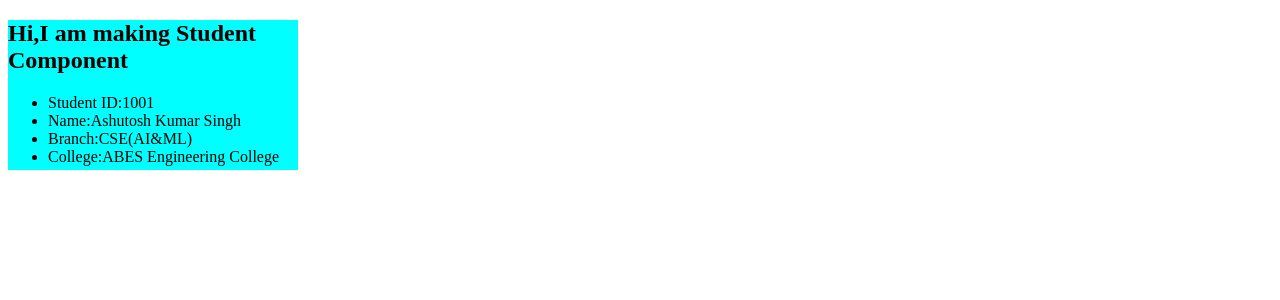
Repository: ashurauza/FSD_Sem5
Page: / (app in FSD_Sem5/CSS/ReactRevisionDOM/)
An editor plug-in stored every save of this project. The page is shown before and after the next save, followed by the edit.
The browser window is 1280 px wide. The pictures show the whole page.
The project was rebuilt for these pictures with package versions that can differ from the ones it lists, and the page was loaded fresh each time.

Above is the page before, as saved 2025-10-27 09:31:38.

### FSD_Sem5/CSS/ReactRevisionDOM/index.html
<!DOCTYPE html>
<html lang="en">
<head>
    <meta charset="UTF-8">
    <meta name="viewport" content="width=device-width, initial-scale=1.0">
    <title>RevisionDOM</title>
</head>
<body>
    <div id="parent"></div>
    <script src="https://unpkg.com/react@18/umd/react.development.js" crossorigin></script>
    <script src="https://unpkg.com/react-dom@18/umd/react-dom.development.js" crossorigin></script>
    <script src="student.jsx" type="module"></script>

</body>
</html>

### FSD_Sem5/CSS/ReactRevisionDOM/student.jsx



const parent = document.getElementById("parent");
const root = ReactDOM.createRoot(parent);


const h21=<h2>
    Hi,I am making Student Component
</h2>
const li11=<li>Student ID:1001</li>
const li22=<li>Name:Ashutosh Kumar Singh</li>
const li33=<li>Branch:CSE(AI&ML)</li>
const li44=<li>College:ABES Engineering College</li>
const ul1=<ul>{[li11,li22,li33,li44]}</ul>
const wrapper1=(
    <>
    {h21}
    {ul1}
    </>
)

const wrapper = React.createElement("div", {style: {height:150,width:290,backgroundColor: 'cyan'}}, [h21, ul1]);

root.render(wrapper);

After the next save:
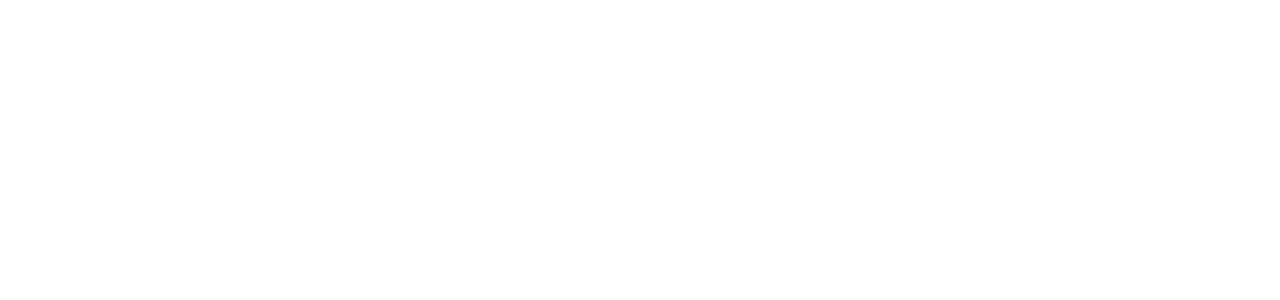
Console error: ReferenceError: borde is not defined
Saved 16 s later.
--- a/FSD_Sem5/CSS/ReactRevisionDOM/student.jsx
+++ b/FSD_Sem5/CSS/ReactRevisionDOM/student.jsx
@@ -20,6 +20,6 @@
     </>
 )
 
-const wrapper = React.createElement("div", {style: {height:150,width:290,backgroundColor: 'cyan'}}, [h21, ul1]);
+const wrapper = React.createElement("div", {style: {height:150,width:290,backgroundColor: 'cyan',borde}}, [h21, ul1]);
 
 root.render(wrapper);

After the 6 saves that followed:
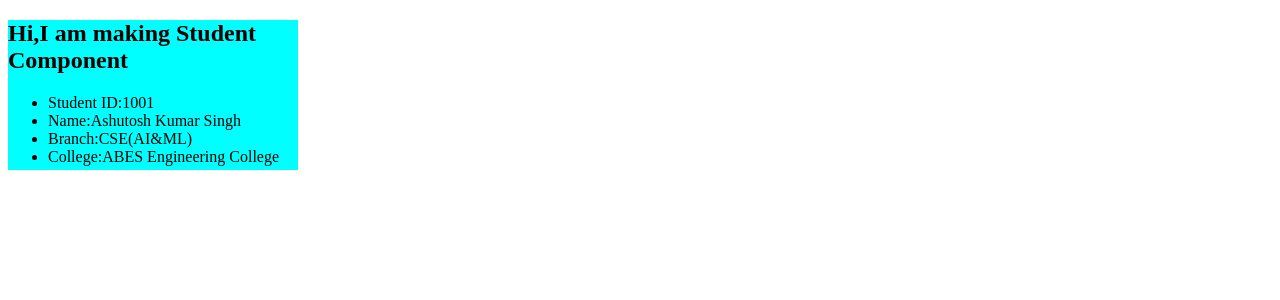
The error is gone.
The 6 saves are shown as one change because 1 did not build or start and some came seconds apart.
The last was saved 21 s later.
--- a/FSD_Sem5/CSS/ReactRevisionDOM/student.jsx
+++ b/FSD_Sem5/CSS/ReactRevisionDOM/student.jsx
@@ -20,6 +20,6 @@
     </>
 )
 
-const wrapper = React.createElement("div", {style: {height:150,width:290,backgroundColor: 'cyan',borde}}, [h21, ul1]);
+const wrapper = React.createElement("div", {style: {height:150,width:290,backgroundColor: 'cyan',border:'2px '}}, [h21, ul1]);
 
 root.render(wrapper);
